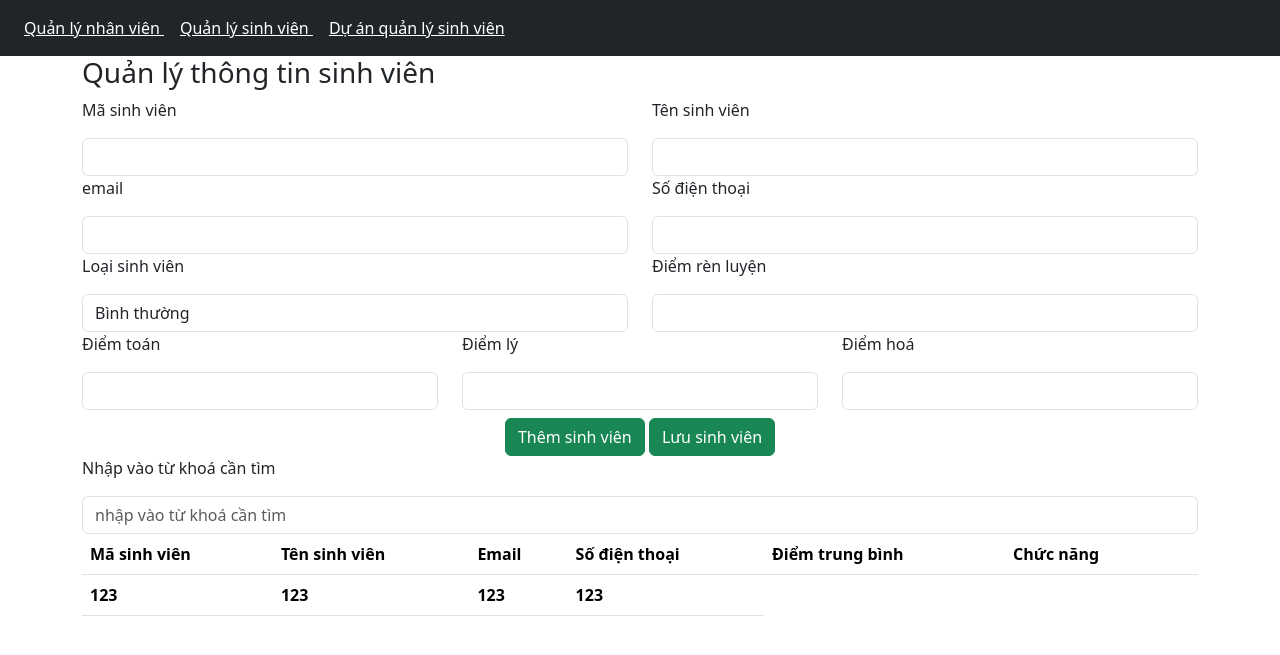
Repository: KhoiNguyen77/JS-Buoi-9--10
Page: duan_qlsv.html
The author's editor kept a copy of each file at every save. The page is drawn from the files as they stood at one save, then again after the next save.
The browser window is 1280 px wide. The pictures show the whole page.

Above is the page before, as saved 2023-03-28 10:08:37.

After the next save:
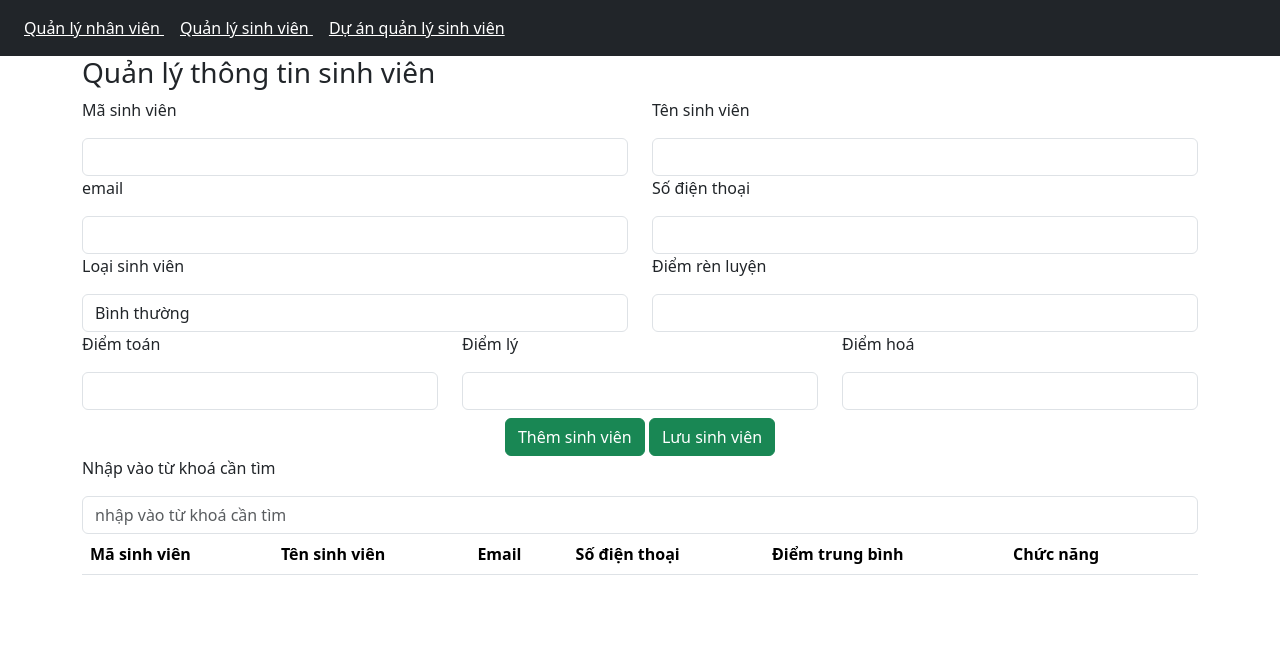
Saved 6 s later.
--- a/duan_qlsv.html
+++ b/duan_qlsv.html
@@ -88,11 +88,6 @@
                 </tr>
             </thead>
             <tbody id="tblSinhVien">
-                <tr>
-                    <th>123</th>
-                    <th>123</th>
-                    <th>123</th>
-                    <th>123</th>
             </tbody>
         </table>
     </div>
